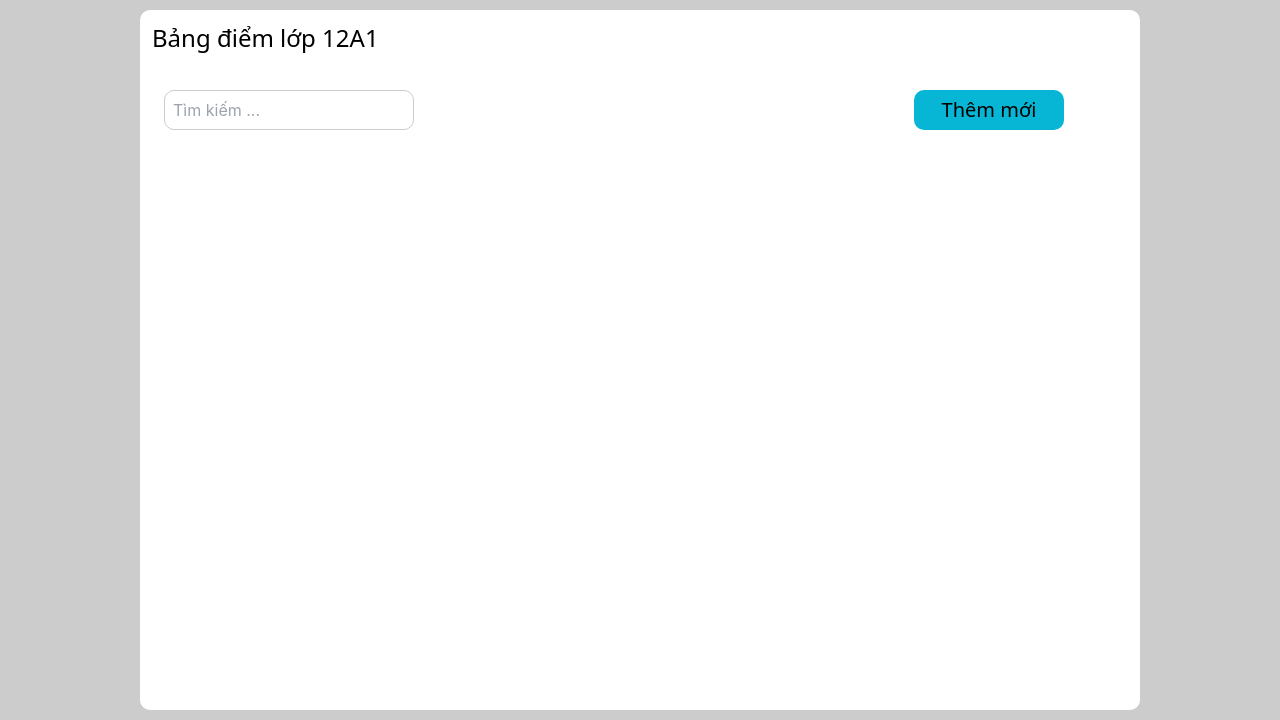
Repository: doducthuan/ReactJS-Movie
Page: /
The author's editor kept a copy of each file at every save. The page is drawn from the files as they stood at one save, then again after the next save.
The browser window is 1280 px wide. The pictures show the whole page.
The project was rebuilt for these pictures with package versions that can differ from the ones it lists, and the page was loaded fresh each time. Also part of the build but not shown: src/App.css.

Above is the page before, as saved 2024-01-13 06:05:39.

### public/index.html
<!DOCTYPE html>
<html lang="en">
  <head>
    <meta charset="utf-8" />
    <link rel="icon" href="%PUBLIC_URL%/avatar_rmbg.png" />
    <meta name="viewport" content="width=device-width, initial-scale=1" />
    <meta name="theme-color" content="#000000" />
    <meta
      name="description"
      content="Web site created using create-react-app"
    />
    <link rel="apple-touch-icon" href="%PUBLIC_URL%/logo192.png" />
    <!--
      manifest.json provides metadata used when your web app is installed on a
      user's mobile device or desktop. See https://developers.google.com/web/fundamentals/web-app-manifest/
    -->
    <link rel="manifest" href="%PUBLIC_URL%/manifest.json" />
    <!--
      Notice the use of %PUBLIC_URL% in the tags above.
      It will be replaced with the URL of the `public` folder during the build.
      Only files inside the `public` folder can be referenced from the HTML.

      Unlike "/favicon.ico" or "favicon.ico", "%PUBLIC_URL%/favicon.ico" will
      work correctly both with client-side routing and a non-root public URL.
      Learn how to configure a non-root public URL by running `npm run build`.
    -->
    <title>Mèo Hen</title>
  </head>
  <body>
    <noscript>You need to enable JavaScript to run this app.</noscript>
    <div id="root"></div>
    <!--
      This HTML file is a template.
      If you open it directly in the browser, you will see an empty page.

      You can add webfonts, meta tags, or analytics to this file.
      The build step will place the bundled scripts into the <body> tag.

      To begin the development, run `npm start` or `yarn start`.
      To create a production bundle, use `npm run build` or `yarn build`.
    -->
  </body>
</html>

### src/App.js
//import SignIn from './components/account/SignIn';
import './App.css';
import Students from './components/students/Students';
//import AdminLayout from './components/shared/AdminLayout';

function App() {
  return (
    <div className="App">
      <Students></Students>
    </div>
  );
}

export default App;

### src/components/students/Students.js
import React from 'react';
import './styles.css';
const Students = () => {
    return (
        <div className="full-view">
            <div className="border-data">
                <p className="font-sans text-2xl ml-3 mt-3">Bảng điểm lớp 12A1</p>
                <div className="table-data">
                    <div className="search-add mt-9 ml-6 mr-6 flex">
                        <input className="search-all" placeholder='Tìm kiếm ...' />
                        <button className="add-student font-sans text-xl bg-cyan-500 hover:bg-cyan-600">Thêm mới</button>
                    </div>
                </div>

            </div>
        </div>
    );
};

export default Students;

### src/components/students/styles.css
.full-view{
    display: flex;
    justify-content: center;
    align-items: center;
    height: 100vh;
    background-color: #ccc;
}
.border-data{
    width: 1000px;
    height: 700px;
    background-color: #fff;
    border-radius: 10px;
}
.search-add{
    height: 200px;
    gap: 500px;
}
.search-all{
    width: 250px;
    height: 40px;
    border: 1px solid #ccc;
    border-radius: 10px;
    padding: 8px;
}
.add-student{
    width: 150px;
    height: 40px;
    border-radius: 10px;
}

Loaded but not shown: src/index.js (common file); src/index.css (common file); src/reportWebVitals.js (common file); tailwind.config.js (common file)

After the next save:
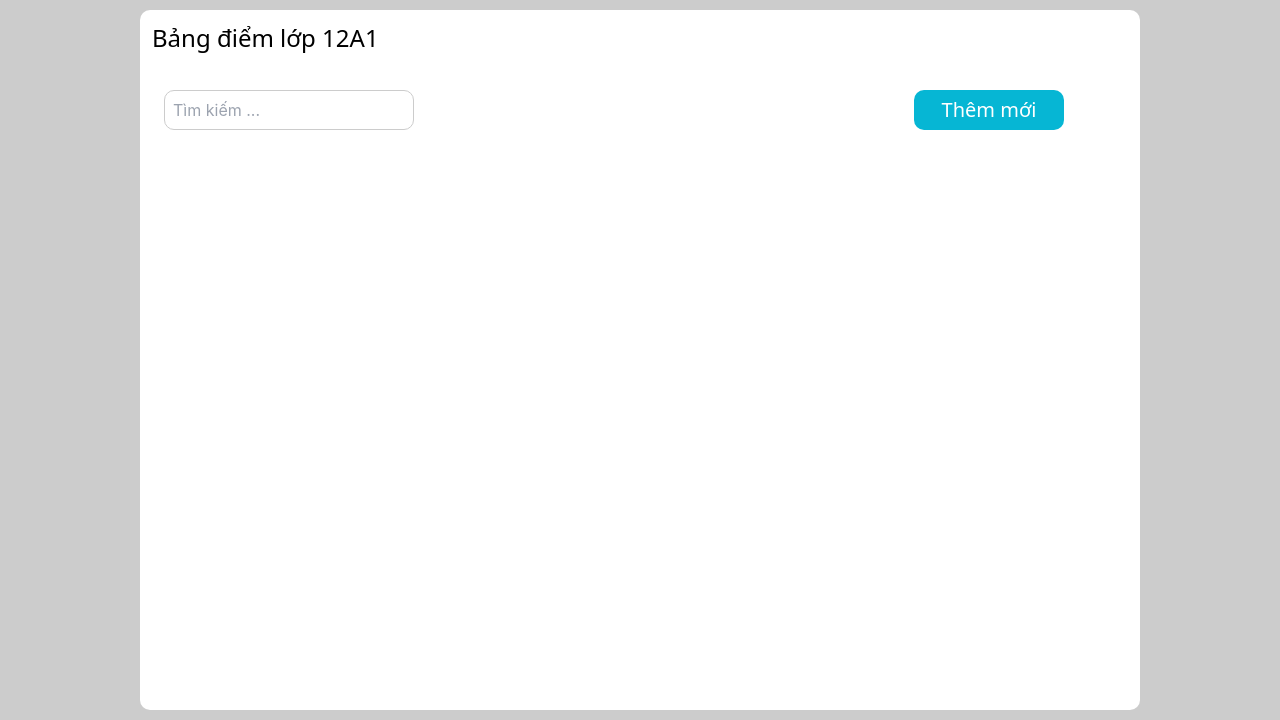
Saved 31 s later.
--- a/src/components/students/Students.js
+++ b/src/components/students/Students.js
@@ -8,7 +8,7 @@ const Students = () => {
                 <div className="table-data">
                     <div className="search-add mt-9 ml-6 mr-6 flex">
                         <input className="search-all" placeholder='Tìm kiếm ...' />
-                        <button className="add-student font-sans text-xl bg-cyan-500 hover:bg-cyan-600">Thêm mới</button>
+                        <button className="add-student font-sans text-xl bg-cyan-500 hover:bg-cyan-600 text-white">Thêm mới</button>
                     </div>
                 </div>
 
